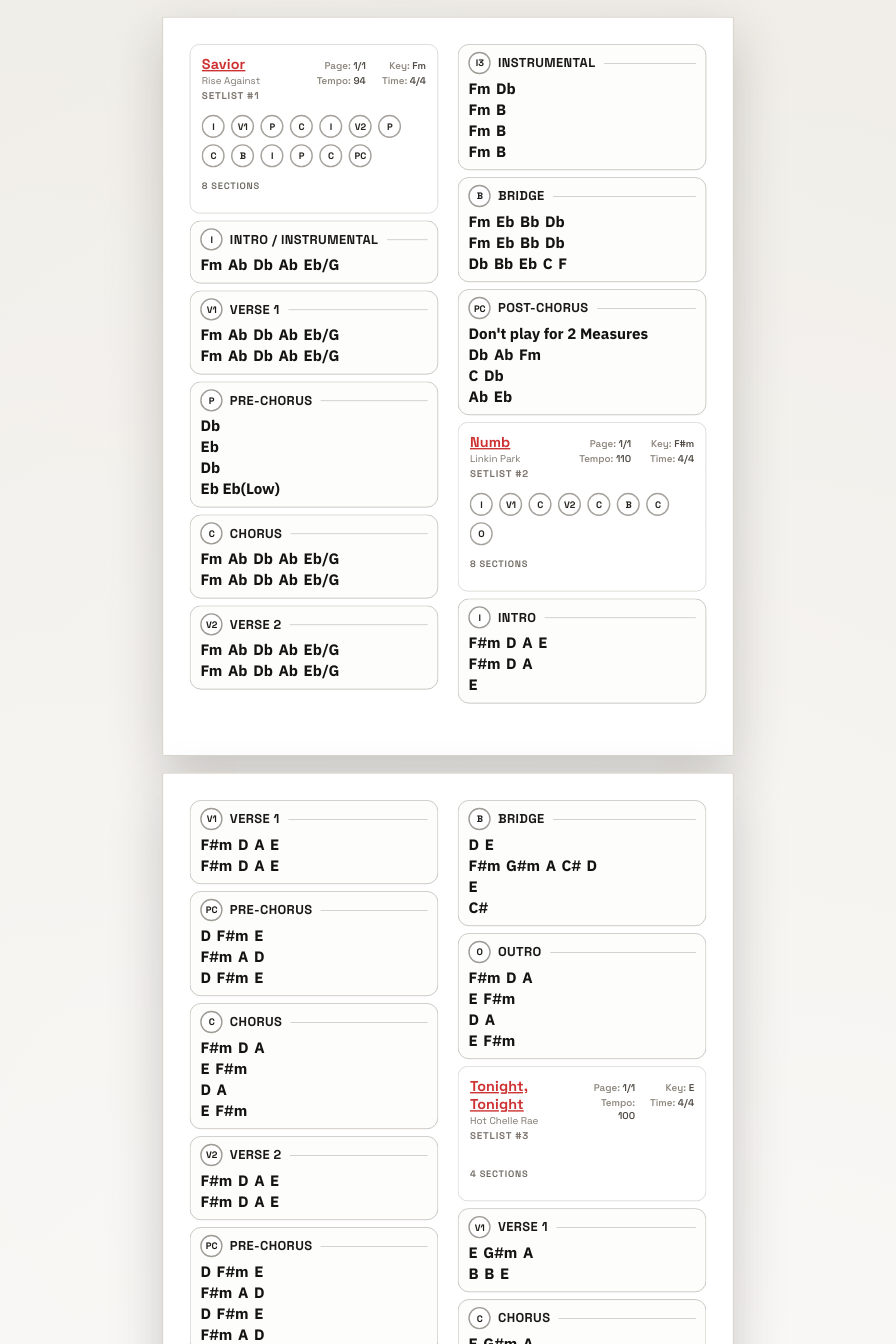
Repository: Aworminator/Chord-Generator
Page: /
The author's editor kept a copy of each file at every save. The page is drawn from the files as they stood at one save, then again after a run of saves.
The browser window is 1280 px wide. The pictures show the part of the page from y = 0 to 1920 px (the page is 11912 px tall before and 720 px after), at 70% of full size.
The project was rebuilt for these pictures with package versions that can differ from the ones it lists, and the page was loaded fresh each time. Also part of the build but not shown: vite.config.js.

Above is the page before, as saved 2026-08-16 11:47:52.

### index.html
<!doctype html>
<html lang="en">
  <head>
    <meta charset="UTF-8" />
    <link rel="icon" type="image/svg+xml" href="/favicon.svg" />
    <meta name="viewport" content="width=device-width, initial-scale=1.0" />
    <title>chord-chart-creator</title>
  </head>
  <body>
    <div id="root"></div>
    <script type="module" src="/src/main.jsx"></script>
  </body>
</html>

### src/components/songArray.js
export const songArray = [
  {
    songTitle: "Numb",
    artist: "Linkin Park",
    setlistOrder: 2,

    chartMeta: {
      page: "1/1",
      key: "F#m",
      tempo: 110,
      timeSignature: "4/4",
    },

    order: ["I", "V1", "C", "V2", "C", "B", "C", "O"],

    sections: [
      {
        code: "I",
        label: "INTRO",
        chords: [["F#m", "D", "A", "E"], ["F#m", "D", "A"], ["E"]],
      },

      {
        code: "V1",
        label: "VERSE 1",
        chords: [
          ["F#m", "D", "A", "E"],
          ["F#m", "D", "A", "E"],
        ],
      },
      {
        code: "PC",
        label: "PRE-CHORUS",
        chords: [
          ["D", "F#m", "E"],
          ["F#m", "A", "D"],
          ["D", "F#m", "E"],
        ],
      },

      {
        code: "C",
        label: "CHORUS",
        chords: [
          ["F#m", "D", "A"],
          ["E", "F#m"],
          ["D", "A"],
          ["E", "F#m"],
        ],
      },

      {
        code: "V2",
        label: "VERSE 2",
        chords: [
          ["F#m", "D", "A", "E"],
          ["F#m", "D", "A", "E"],
        ],
      },
      {
        code: "PC",
        label: "PRE-CHORUS",
        chords: [
          ["D", "F#m", "E"],
          ["F#m", "A", "D"],
          ["D", "F#m", "E"],
          ["F#m", "A", "D"],
        ],
      },

      {
        code: "B",
        label: "BRIDGE",
        chords: [["D", "E"], ["F#m", "G#m", "A", "C#", "D"], ["E"], ["C#"]],
      },

      {
        code: "O",
        label: "OUTRO",
        chords: [
          ["F#m", "D", "A"],
          ["E", "F#m"],
          ["D", "A"],
          ["E", "F#m"],
        ],
      },
    ],
  },

  {
    songTitle: "Savior",
    artist: "Rise Against",
    setlistOrder: 1,

    chartMeta: {
      page: "1/1",
      key: "Fm",
      tempo: 94,
      timeSignature: "4/4",
    },

    order: ["I", "V1", "P", "C", "I", "V2", "P", "C", "B", "I", "P", "C", "PC"],

    sections: [
      {
        code: "I",
        label: "INTRO / INSTRUMENTAL",
        chords: [["Fm", "Ab", "Db", "Ab", "Eb/G"]],
      },

      {
        code: "V1",
        label: "VERSE 1",
        chords: [
          ["Fm", "Ab", "Db", "Ab", "Eb/G"],
          ["Fm", "Ab", "Db", "Ab", "Eb/G"],
        ],
      },

      {
        code: "P",
        label: "PRE-CHORUS",
        chords: [["Db"], ["Eb"], ["Db"], ["Eb Eb(Low)"]],
      },

      {
        code: "C",
        label: "CHORUS",
        chords: [
          ["Fm", "Ab", "Db", "Ab", "Eb/G"],
          ["Fm", "Ab", "Db", "Ab", "Eb/G"],
        ],
      },

      {
        code: "V2",
        label: "VERSE 2",
        chords: [
          ["Fm", "Ab", "Db", "Ab", "Eb/G"],
          ["Fm", "Ab", "Db", "Ab", "Eb/G"],
        ],
      },
      {
        code: "I3",
        label: "INSTRUMENTAL",
        chords: [["Fm", "Db"], ["Fm", "B"], ["Fm", "B"], , ["Fm", "B"]],
      },

      {
        code: "B",
        label: "BRIDGE",
        chords: [
          ["Fm", "Eb", "Bb", "Db"],
          ["Fm", "Eb", "Bb", "Db"],
          ["Db", "Bb", "Eb", "C", "F"],
        ],
      },

      {
        code: "PC",
        label: "POST-CHORUS",
        chords: [
          ["Don't play for 2 Measures"],
          ["Db", "Ab", "Fm"],
          ["C", "Db"],
          ["Ab", "Eb"],
        ],
      },
    ],
  },
  {
    songTitle: "Tonight, Tonight",
    artist: "Hot Chelle Rae",
    setlistOrder: 3,

    chartMeta: {
      page: "1/1",
      key: "E",
      tempo: 100,
      timeSignature: "4/4",
    },

    sections: [
      {
        code: "V1",
        label: "VERSE 1",
        chords: [
          ["E", "G#m", "A"],
          ["B", "B", "E"],
        ],
      },

      {
        code: "C",
        label: "CHORUS",
        chords: [
          ["E", "G#m", "A"],
          ["B", "B", "E"],
        ],
      },
      {
        code: "V2",
        label: "VERSE 2",
        chords: [["Don't Play"]],
      },

      {
        code: "B",
        label: "BRIDGE",
        chords: [["Palm Mute Notes"], ["E", "G#m", "A"], ["B", "B", "E"]],
      },
    ],
  },

  {
    songTitle: "What's My Age Again?",
    artist: "blink-182",
    setlistOrder: 5,

    chartMeta: {
      page: "1/1",
      key: "F#",
      tempo: 158,
      timeSignature: "4/4",
    },

    order: ["I", "V1", "C", "V2", "C", "B", "C", "O"],

    sections: [
      {
        code: "I",
        label: "INTRO",
        chords: [
          ["B", "F#", "C#", "D#m"],
          ["B", "F#", "C#", "D#m"],
          ["B", "F#", "C#", "D#m"],
          ["B", "F#"],
          ["C#", "D#m"],
        ],
      },

      {
        code: "V1",
        label: "VERSE 1",
        chords: [
          ["B", "F#", "C#", "D#m", "B"],
          ["F#", "C#", "D#m", "B"],
          ["F#", "C#", "D#m"],
          ["B", "F#", "C#"],
          ["B", "F#", "C#"],
        ],
      },

      {
        code: "C",
        label: "CHORUS",
        chords: [
          ["D#m", "B", "F#", "C#"],
          ["D#m", "B", "F#", "C#"],
          ["D#m", "B"],
          ["F#", "C#"],
          ["D#m"],
          ["C#", "B"],
        ],
      },

      {
        code: "V2",
        label: "VERSE 2",
        chords: [
          ["B", "F#", "C#", "D#m", "B"],
          ["F#", "C#", "D#m", "B"],
          ["F#", "C#", "D#m"],
          ["B", "F#", "C#"],
          ["B", "F#", "C#"],
        ],
      },

      {
        code: "B",
        label: "BRIDGE",
        chords: [
          ["D#m", "C#", "B", "C#"],
          ["D#m", "C#", "B", "C#"],
          ["D#m", "C#", "B", "C#"],
          ["D#m", "C#"],
          ["B", "C#", "F#", "C#"],
        ],
      },

      {
        code: "O",
        label: "OUTRO",
        chords: [
          ["F#", "C#", "D#m", "B"],
          ["F#", "C#", "D#m", "B"],
          ["F#", "C#", "D#m"],
          ["C#", "B"],
        ],
      },
    ],
  },
  {
    songTitle: "The Anthem",
    artist: "Good Charlotte",
    setlistOrder: 6,

    chartMeta: {
      page: "1/1",
      key: "C",
      tempo: 130,
      timeSignature: "4/4",
    },

    order: ["I", "V1", "P", "C", "V2", "P", "C", "B", "S", "I2", "C", "O"],

    sections: [
      {
        code: "I",
        label: "INTRO",
        chords: [["C", "G", "F", "G"]],
      },

      {
        code: "V1",
        label: "VERSE 1",
        chords: [
          ["C", "G", "C", "F"],
          ["C", "G", "F"],
          ["C", "G", "C", "F"],
          ["C", "G", "F"],
        ],
      },

      {
        code: "P",
        label: "PRE-CHORUS",
        chords: [
          ["Am", "F", "C"],
          ["Am", "F", "G"],
        ],
      },

      {
        code: "C",
        label: "CHORUS",
        chords: [
          ["C", "G", "F", "G"],
          ["C", "G", "F", "Ab", "G"],
          ["C", "G", "F", "G"],
          ["C", "G", "F"],
        ],
      },

      {
        code: "V2",
        label: "VERSE 2",
        chords: [
          ["C", "G", "C", "F"],
          ["C", "G", "F"],
          ["C", "G", "C", "F"],
          ["C", "G", "F"],
        ],
      },

      {
        code: "B",
        label: "BRIDGE",
        chords: [
          ["Am", "G", "F", "G"],
          ["Am", "C", "G"],
        ],
      },

      {
        code: "S",
        label: "SOLO",
        chords: [
          ["C", "G", "C", "F"],
          ["C", "G", "F"],
        ],
      },

      {
        code: "I2",
        label: "INTERLUDE",
        chords: [["Don't Play"]],
      },

      {
        code: "O",
        label: "OUTRO",
        chords: [
          ["C", "G", "F", "G"],
          ["C", "G", "F", "G"],
          ["C", "G", "F", "G"],
          ["C", "G", "F", "G", "C"],
        ],
      },
    ],
  },
  {
    songTitle: "Helena",
    artist: "My Chemical Romance",
    setlistOrder: 7,

    chartMeta: {
      page: "1/1",
      key: "C#m",
      tempo: 124,
      timeSignature: "4/4",
    },

    order: ["I", "V1", "P", "C", "V2", "P", "C", "B", "C", "O"],

    sections: [
      {
        code: "V1",
        label: "VERSE 1",
        chords: [
          ["C#m", "E", "B", "G#m", "A"],
          ["C#m", "B"],
          ["G#m", "A"],
          ["C#m", "B"],
        ],
      },

      {
        code: "P",
        label: "PRE-CHORUS",
        chords: [
          ["G#m", "A"],
          ["C#m", "Eb"],
        ],
      },

      {
        code: "C",
        label: "CHORUS",
        chords: [["E"], ["B", "Cdim", "C#m"], ["Cdim"]],
      },

      {
        code: "V2",
        label: "VERSE 2",
        chords: [["C#m"], ["E", "B", "G#m", "A"]],
      },
      {
        code: "P",
        label: "PRE-CHORUS 2",
        chords: [
          ["G#m", "A"],
          ["C#m", "Eb"],
        ],
      },

      {
        code: "B",
        label: "BRIDGE",
        chords: [
          ["A", "B"],
          ["C#m", "A", "B", "B"],
          ["C#m", "A", "B", "B"],
          ["C#m", "A", "B", "B"],
          ["C#m", "A", "B", "B"],
        ],
      },

      {
        code: "O",
        label: "OUTRO",
        chords: [["C#m"]],
      },
    ],
  },
  {
    songTitle: "Love Drunk",
    artist: "Boys Like Girls",
    setlistOrder: 8,

    chartMeta: {
      page: "1/1",
      key: "D#",
      tempo: 145,
      timeSignature: "4/4",
    },

    order: ["I", "V1", "C", "V2", "C", "B", "C2", "O"],

    sections: [
      {
        code: "I",
        label: "INTRO",
        chords: [
          ["D#", "A#", "G#"],
          ["D#", "A#", "G#", "A#"],
        ],
      },

      {
        code: "V1",
        label: "VERSE 1",
        chords: [
          ["D#", "G#"],
          ["F", "G#", "A#"],
          ["D#", "G#"],
          ["F", "A#"],
        ],
      },

      {
        code: "C",
        label: "CHORUS",
        chords: [
          ["C", "G#", "D#", "A#"],
          ["C", "G#", "D#", "A#"],
          ["G#", "A#", "C", "A#"],
          ["C", "G#", "D#", "A#"],
        ],
      },

      {
        code: "V2",
        label: "VERSE 2",
        chords: [
          ["D#", "G#"],
          ["F", "G#", "A#"],
          ["D#", "G#"],
          ["F", "A#"],
        ],
      },

      {
        code: "B",
        label: "BRIDGE",
        chords: [
          ["G#", "D# (low)", "A#"],
          ["G#", "D# (low)", "A#", "G#"],
        ],
      },

      {
        code: "C2",
        label: "FINAL CHORUS",
        chords: [
          ["D", "A#", "F", "C"],
          ["D", "A#", "F", "C"],
          ["A#", "C", "D", "C"],
          ["D", "A#", "F", "C"],
        ],
      },

      {
        code: "O",
        label: "OUTRO",
        chords: [
          ["F", "C", "A#", "C"],
          ["F", "C", "A#", "C"],
          ["F", "C", "A#", "C"],
          ["F", "C", "A#", "C", "F"],
        ],
      },
    ],
  },
  {
    songTitle: "School of Rock",
    artist: "School of Rock",
    setlistOrder: 9,

    chartMeta: {
      page: "1/1",
      key: "D",
      tempo: 128,
      timeSignature: "4/4",
    },

    order: ["I", "V1", "C", "S1", "V2", "C", "B", "V3", "S2", "O"],

    sections: [
      {
        code: "I",
        label: "INTRO",
        chords: [
          ["D", "D", "D", "D"],
          ["D", "C", "B", "C"],
          ["D", "C", "B", "C"],
        ],
      },

      {
        code: "V1",
        label: "VERSE 1",
        chords: [
          ["D", "C", "B", "C"],
          ["D", "C", "B", "C"],
          ["D", "C", "B", "C"],
          ["G"],
        ],
      },

      {
        code: "C",
        label: "CHORUS",
        chords: [
          ["D", "E", "G", "D"],
          ["D", "E", "G"],
        ],
      },

      {
        code: "S1",
        label: "SOLO",
        chords: [
          ["D", "C", "B", "C"],
          ["D", "C", "B", "C"],
        ],
      },

      {
        code: "V2",
        label: "VERSE 2",
        chords: [["D", "C", "B", "C"], ["D", "C", "B", "C"], ["D", "C"], ["G"]],
      },
      {
        code: "C2",
        label: "CHORUS 2",
        chords: [
          ["D", "E", "G", "D"],
          ["D", "E", "G", "D"],
          ["D", "E", "G", "D"],
          ["D", "E", "G"],
        ],
      },

      {
        code: "IN",
        label: "INSTRUMENTAL",
        chords: [["D on 1/4th Notes"]],
      },

      {
        code: "V3",
        label: "VERSE 3",
        chords: [
          ["D", "C", "B", "C"],
          ["D", "C", "B", "C"],
        ],
      },

      {
        code: "S2",
        label: "SOLO",
        chords: [
          ["D", "C", "B", "C", "D"],
          ["D", "C", "B", "C", "D"],
          ["D", "C", "B", "C", "D"],
          ["D", "C", "G"],
        ],
      },

      {
        code: "O",
        label: "OUTRO",
        chords: [["D", "C", "G"]],
      },
    ],
  },
  {
    songTitle: "Welcome to the Black Parade",
    artist: "My Chemical Romance",
    setlistOrder: 10,

    chartMeta: {
      page: "1/1",
      key: "G",
      tempo: 96,
      timeSignature: "4/4",
    },

    order: [
      "I",
      "V1",
      "V2",
      "V3",
      "V4",
      "I2",
      "V5",
      "V6",
      "I3",
      "V7",
      "C",
      "V8",
      "C",
      "B1",
      "B2",
      "S",
      "C2",
      "O",
    ],

    sections: [
      {
        code: "V1",
        label: "VERSE 1",
        chords: [["G", "F#m", "E", "D"], ["C", "B", "A", "D"], ["G"]],
      },

      {
        code: "I",
        label: "INTERLUDE",
        chords: [
          ["G", "F#m", "E", "D"],
          ["C", "D"],
        ],
      },

      {
        code: "V2",
        label: "VERSE 2",
        chords: [
          ["G", "F#m", "E", "C"],
          ["C", "G", "D"],
          ["G", "F#m", "E", "C"],
          ["C", "G", "D"],
        ],
      },

      {
        code: "C",
        label: "CHORUS",
        chords: [
          ["G", "F#m", "E", "D"],
          ["C", "D"],
          ["G", "F#m", "E", "D"],
          ["C", "D"],
        ],
      },

      {
        code: "V3",
        label: "VERSE 3",
        chords: [
          ["G", "F#m", "E", "C"],
          ["C", "G", "D"],
          ["G", "F#m", "E", "C"],
          ["C", "G", "D"],
        ],
      },

      {
        code: "B1",
        label: "BRIDGE 1",
        chords: [["B", "Em"], ["B", "Em"], ["C"], ["D#", "D", "Cm", "Bb"]],
      },

      {
        code: "B2",
        label: "BRIDGE 2",
        chords: [
          ["G", "D/F#", "Em", "D", "C"],
          ["G", "C", "D"],
          ["G", "D/F#", "Em", "D", "C"],
          ["G", "C", "D"],
        ],
      },
      {
        code: "B3",
        label: "BRIDGE 3 - Key Change",
        chords: [
          ["A", "G#m", "F#m", "E"],
          ["D", "A"],
          ["E", "E (high oct)"],
        ],
      },
      {
        code: "C3",
        label: "LAST CHORUS - Key Change",
        chords: [
          ["A", "G#m", "F#m", "E"],
          ["D", "E"],
          ["A", "G#m", "F#m", "E"],
          ["D", "E"],
        ],
      },

      {
        code: "O/B",
        label: "OUTRO / BRIDGE",
        chords: [
          ["A", "G#m", "F#m", "E"],
          ["D", "E (Low)"],
          ["A", "G#m", "F#m", "E"],
          ["D", "E (Low)"],
          ["A"],
        ],
      },
    ],
  },
  {
    songTitle: "Starstruck",
    artist: "30H3!",
    setlistOrder: 9,

    chartMeta: {
      page: "1/1",
      key: "Dm",
      tempo: 120,
      timeSignature: "4/4",
    },

    order: ["V1", "P", "C", "V2", "P", "C", "C"],

    sections: [
      {
        code: "V1",
        label: "VERSE 1",
        chords: [
          ["Dm", "Am", "C", "G"],
          ["Dm", "Am", "C", "G"],
        ],
      },

      {
        code: "P",
        label: "PRE-CHORUS",
        chords: [
          ["Dm", "Am", "C", "G"],
          ["Dm", "Am", "C", "G", "Dm"],
        ],
      },

      {
        code: "C",
        label: "CHORUS",
        chords: [
          ["Dm", "C", "Bb", "C"],
          ["Dm", "C", "Bb", "C"],
          ["Dm", "C", "Bb", "C"],
          ["Dm", "C", "Bb", "C"],
          ["Dm", "C", "Bb", "C"],
          ["Dm"],
        ],
      },

      {
        code: "V2",
        label: "VERSE 2",
        chords: [
          ["Dm", "Am", "C", "G"],
          ["Dm", "Am", "C", "G"],
        ],
      },
      {
        code: "B",
        label: "BRIDGE",
        chords: [
          ["Dm", "C", "Bb", "C"],
          ["Dm", "C", "Bb", "C"],
          ["Dm", "C", "Bb", "C"],
          ["Dm", "C", "Bb"],
        ],
      },
    ],
  },
  {
    songTitle: "Fat Lip",
    artist: "Sum 41",
    setlistOrder: 10,

    chartMeta: {
      page: "1/1",
      key: "A",
      tempo: 133,
      timeSignature: "4/4",
    },

    order: [
      "I",
      "V1",
      "P",
      "C",
      "PV",
      "V2",
      "P",
      "C",
      "I2",
      "V3",
      "P",
      "C",
      "O",
    ],

    sections: [
      {
        code: "I",
        label: "INTRO",
        chords: [
          ["D", "E", "D", "E", "A"],
          ["D", "E", "D", "E", "A"],
        ],
      },

      {
        code: "V1",
        label: "VERSE 1",
        chords: [
          ["E", "B", "A"],
          ["A", "G#m", "F#m"],
          ["E", "B", "A"],
          ["A", "G#m", "F#m"],
        ],
      },

      {
        code: "P",
        label: "PRE-CHORUS",
        chords: [["E"], ["C#", "A"], ["E"], ["C#", "A"]],
      },

      {
        code: "C",
        label: "CHORUS",
        chords: [
          ["E", "B", "C#"],
          ["G#", "A", "G#", "A"],
          ["E", "B", "C#"],
          ["G#", "A", "G#", "A"],
        ],
      },

      {
        code: "I2",
        label: "INTERLUDE",
        chords: [
          ["E", "B", "C#", "A"],
          ["E", "B", "C#", "A"],
          ["E", "B", "C#", "A"],
          ["E", "B", "C#", "A", "D"],
        ],
      },

      {
        code: "V3",
        label: "VERSE 3",
        chords: [
          ["D", "E", "D", "E", "A"],
          ["D", "E", "D", "E", "A"],
          ["D", "E", "D", "E", "A"],
          ["D", "E", "D", "E", "A"],
          ["D", "E", "D", "E"],
          ["D", "E", "D", "E", "A"],
          ["D", "E", "D", "E", "A"],
        ],
      },

      {
        code: "O",
        label: "OUTRO",
        chords: [
          ["D", "E", "A", "D", "E", "D", "E", "A", "D", "E"],
          ["D", "E", "A", "D", "E", "D", "E", "A"],
        ],
      },
    ],
  },

  {
    songTitle: "Holiday",
    artist: "Green Day",
    setlistOrder: 11,

    chartMeta: {
      page: "1/1",
      key: "Fm",
      tempo: 147,
      timeSignature: "4/4",
    },

    order: ["I", "V1", "C", "I2", "V2", "C", "B1", "S", "B2", "C", "O"],

    sections: [
      {
        code: "I",
        label: "INTRO",
        chords: [
          ["Fm", "Db", "Ab", "Eb"],
          ["Fm", "Db", "Ab", "Eb"],
        ],
      },

      {
        code: "V1",
        label: "VERSE 1",
        chords: [
          ["Fm", "Db", "Ab", "Eb"],
          ["Fm", "Db", "Ab", "C"],
          ["Fm", "Db", "Ab", "Eb", "C"],
          ["Fm", "Db", "Ab", "Eb"],
          ["Fm", "Db", "Ab", "C"],
          ["Fm", "Db", "Ab", "Eb", "C"],
        ],
      },

      {
        code: "C",
        label: "CHORUS",
        chords: [
          ["Fm", "Db", "Ab", "Eb"],
          ["Fm", "Db", "Ab", "C"],
        ],
      },

      {
        code: "I2",
        label: "INTERLUDE",
        chords: [["Don't Play"]],
      },

      {
        code: "V2",
        label: "VERSE 2",
        chords: [
          ["Fm", "Db", "Ab", "Eb"],
          ["Fm", "Db", "Ab", "C"],
          ["Fm", "Db", "Ab", "Eb", "C"],
          ["Fm", "Db", "Ab", "Eb"],
          ["Fm", "Db", "Ab", "C"],
          ["Fm", "Db", "Ab", "Eb", "C"],
        ],
      },

      {
        code: "B1",
        label: "BRIDGE",
        chords: [
          ["Fm", "Ab", "Db", "Bb", "Eb", "C", "Fm", "Ab", "Eb", "C", "Fm", "Fm", "Ab"],
          ["Db", "Bb", "Eb", "C", "Fm", "Ab", "Eb", "C", "Fm"],
        ],
      },

      {
        code: "S",
        label: "SOLO",
        chords: [
          ["Db", "Ab", "C", "Fm", "Eb"],
          ["Db", "Ab", "C"],
        ],
      },

      {
        code: "B2",
        label: "BRIDGE 2",
        chords: [
          ["Eb", "C", "Fm"],
          ["C", "Fm"],
        ],
      },

      {
        code: "O",
        label: "OUTRO",
        chords: [
          ["Ab", "Eb", "Fm", "Db", "Ab", "Eb", "Fm", "Db"],
          ["Ab", "Eb", "Fm", "Db", "Eb", "C", "Fm", "Fm"],
        ],
      },
    ],
  },
];

Loaded but not shown: src/main.jsx (common file); src/App.jsx (315 lines, source omitted); src/App.css (415 lines, source omitted); src/index.css (49 lines, source omitted)

After the next 5 saves:
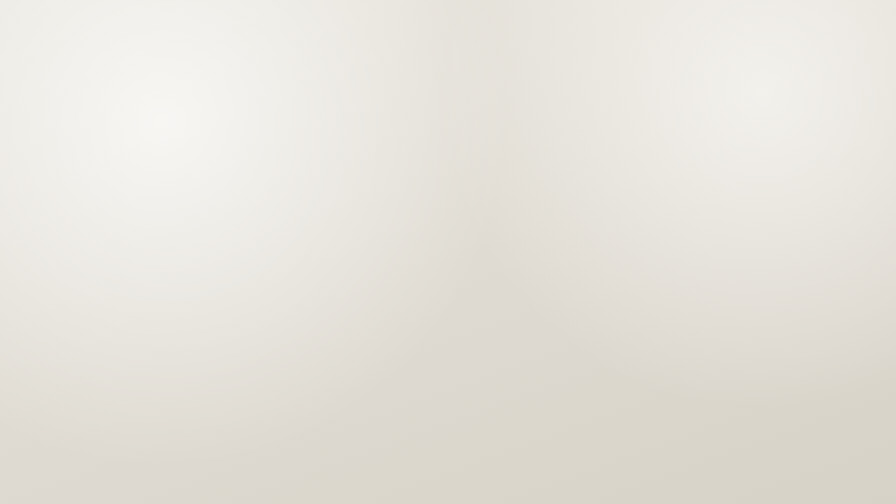
Console error: TypeError: Cannot read properties of undefined (reading 'map')
The 5 saves are shown as one change because they came seconds apart.
The last was saved 23 s later.
--- a/src/components/songArray.js
+++ b/src/components/songArray.js
@@ -1033,7 +1033,8 @@
         code: "B1",
         label: "BRIDGE",
         chords: [
-          ["Fm", "Ab", "Db", "Bb", "Eb", "C", "Fm", "Ab", "Eb", "C", "Fm", "Fm", "Ab"],
+          ["Fm", "Ab", "Db", "Bb", "Eb", "C",],
+          [ "Fm", "Ab", "Eb", "C", "Fm", "Fm", "Ab"]
           ["Db", "Bb", "Eb", "C", "Fm", "Ab", "Eb", "C", "Fm"],
         ],
       },

After the save that followed:
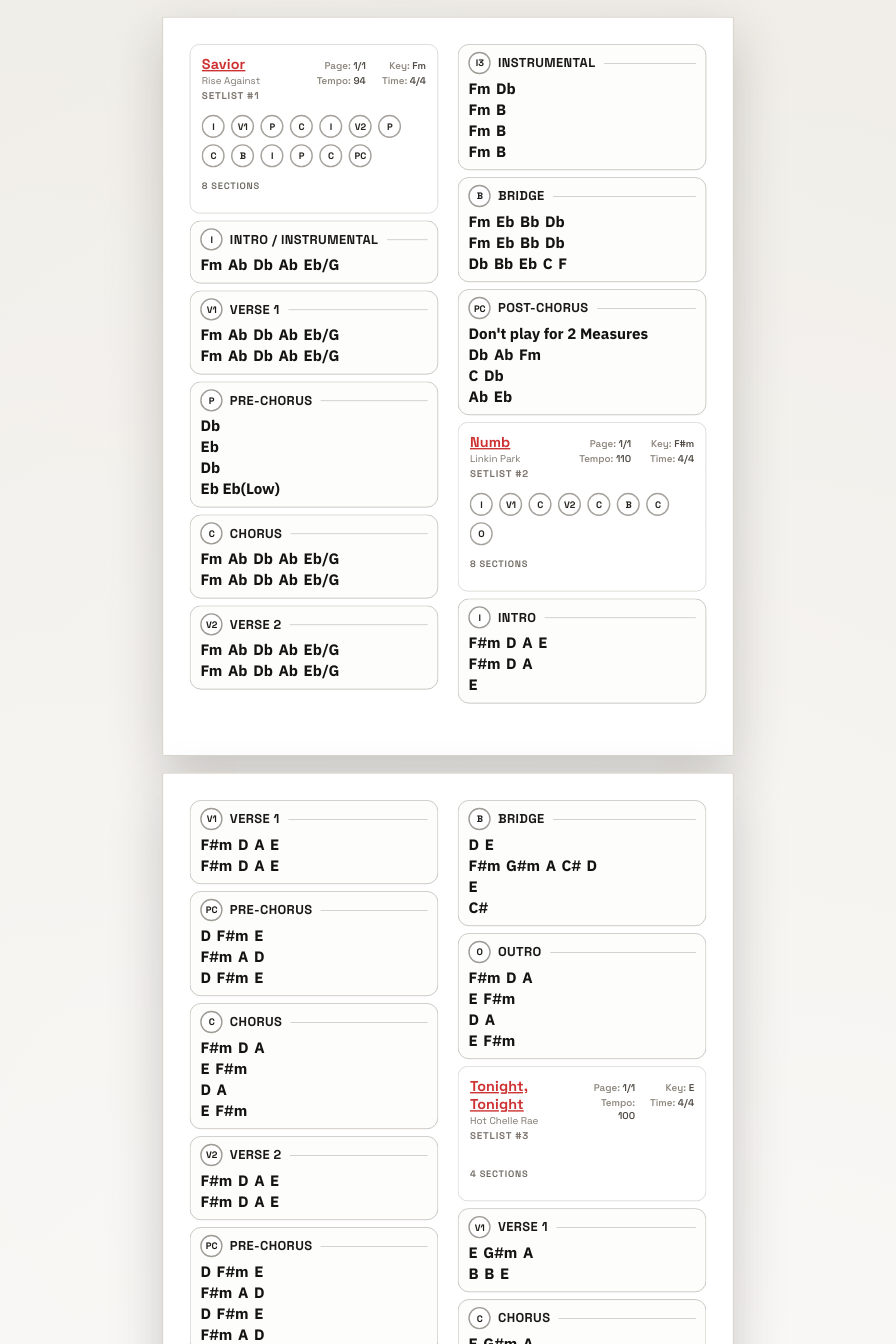
The error is gone.
Saved 4 s later.
--- a/src/components/songArray.js
+++ b/src/components/songArray.js
@@ -1033,8 +1033,8 @@
         code: "B1",
         label: "BRIDGE",
         chords: [
-          ["Fm", "Ab", "Db", "Bb", "Eb", "C",],
-          [ "Fm", "Ab", "Eb", "C", "Fm", "Fm", "Ab"]
+          ["Fm", "Ab", "Db", "Bb", "Eb", "C"],
+          ["Fm", "Ab", "Eb", "C", "Fm", "Fm", "Ab"],
           ["Db", "Bb", "Eb", "C", "Fm", "Ab", "Eb", "C", "Fm"],
         ],
       },
